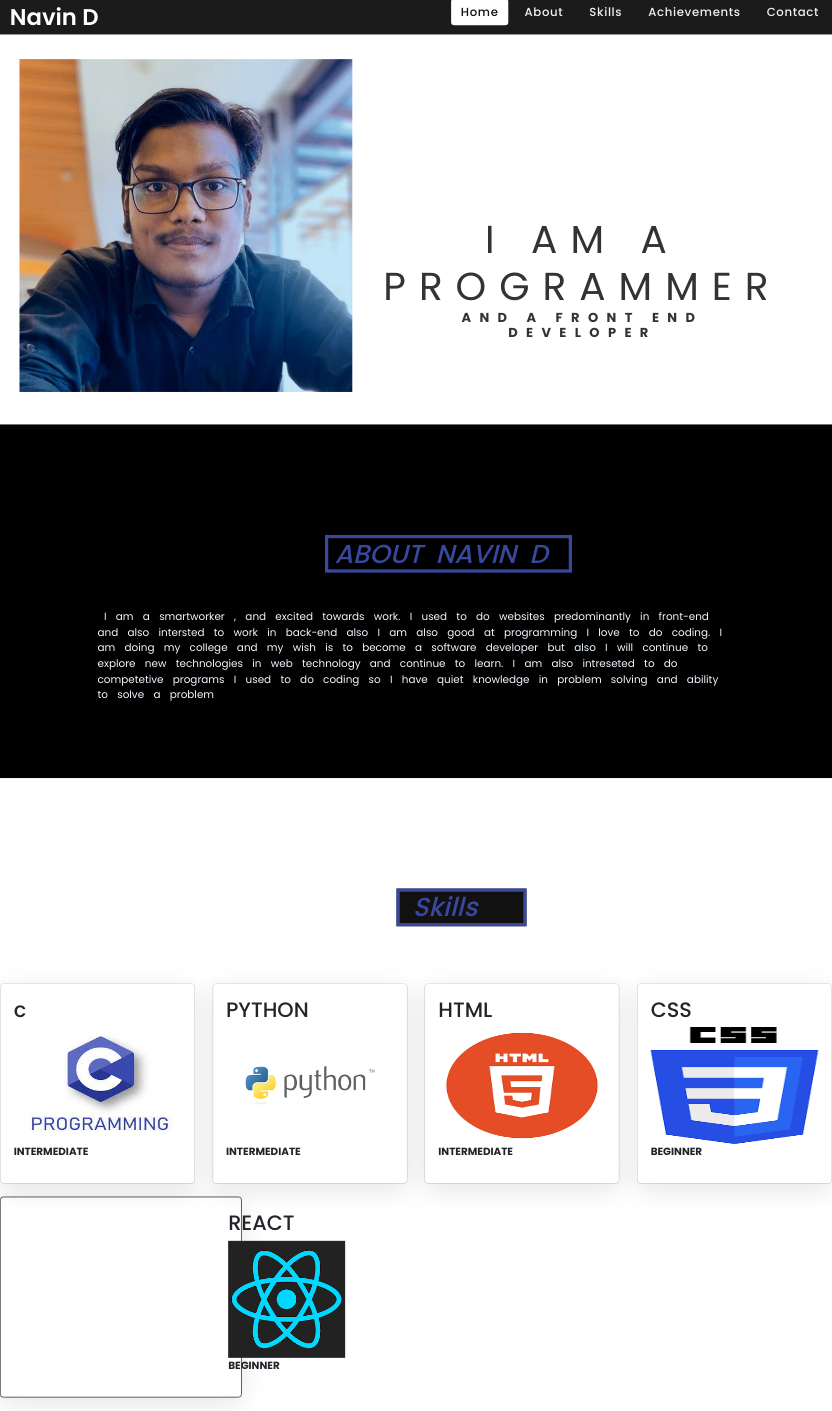
Repository: NavinDayanithi/OIBSIP
Page: Portfolio/index.html
An editor plug-in stored every save of this project. The page is shown before and after the next save, followed by the edit.
The browser window is 1280 px wide. The pictures show the whole page, at 65% of full size.

Above is the page before, as saved 2023-02-21 20:38:01.
Console error: TypeError: Cannot read properties of undefined (reading 'fn')

After the next save:
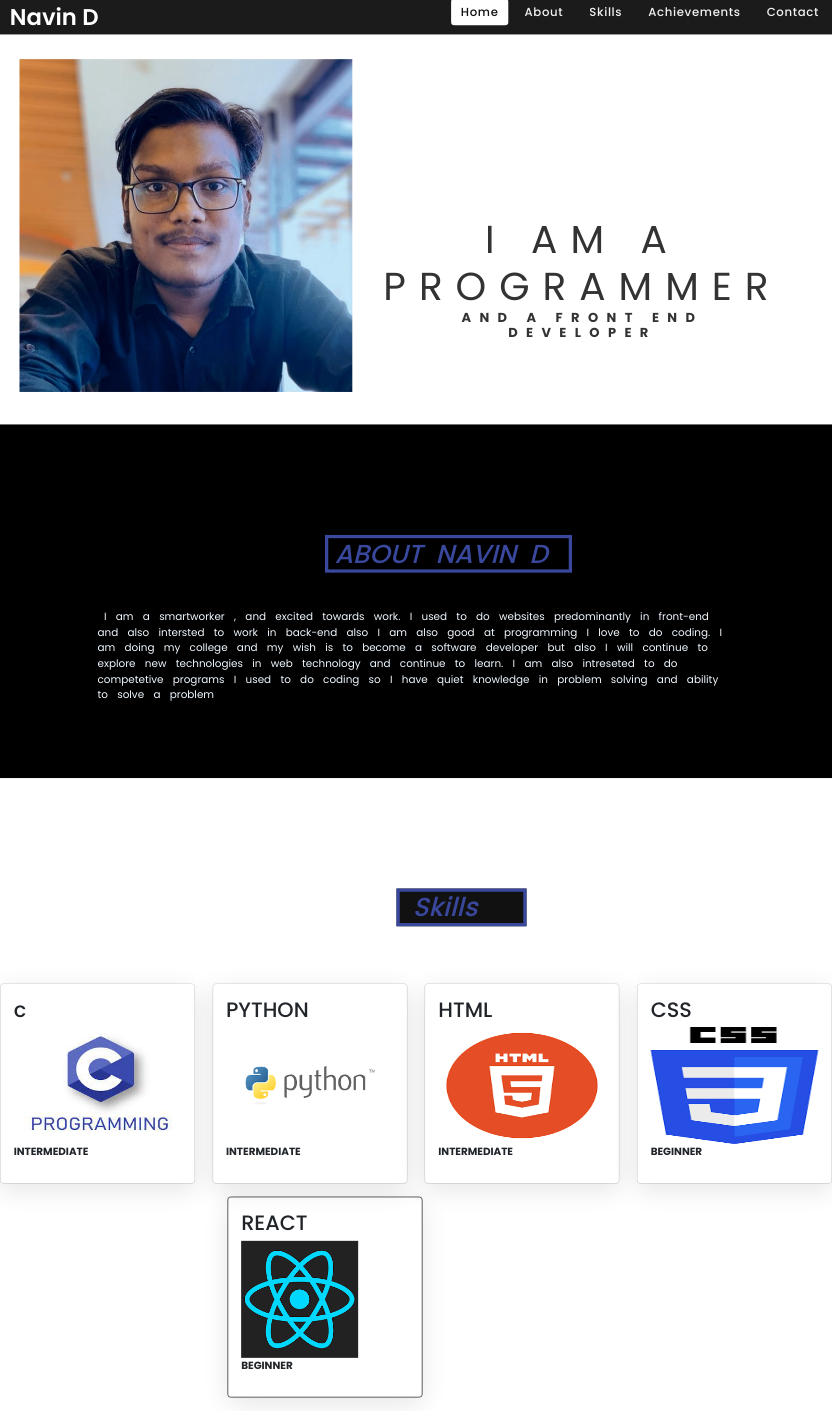
Saved 10 s later.
--- a/Portfolio/style.css
+++ b/Portfolio/style.css
@@ -287,6 +287,6 @@
   max-width: 300px;
   padding: 20px;
   box-sizing: border-box;
-  padding-left: 350px;;
-
-}
+  margin-left: 350px;;
+
+}
